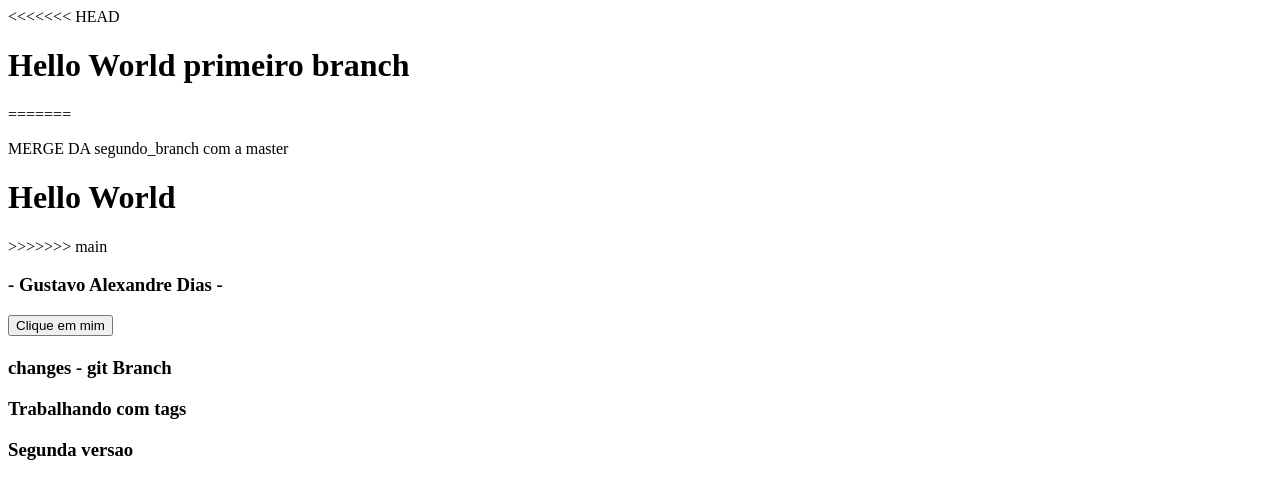
Repository: gustavo-eng/curso_git_1
Page: teste.html
These files come from the project's save history. The page is drawn as it stood at one moment and after the next save; the edit follows.
The browser window is 1280 px wide. The pictures show the whole page.

Above is the page before, as saved 2023-01-13 13:10:07.

### teste.html
<!DOCTYPE html>
<html lang="en">
<head>
    <meta charset="UTF-8">
    <meta http-equiv="X-UA-Compatible" content="IE=edge">
    <meta name="viewport" content="width=>, initial-scale=1.0">
    <script src="./teste2.js"></script>
    <title>Document</title>
</head>
<body>
<<<<<<< HEAD

    <h1>Hello World primeiro branch  </h1>
=======
    <p> MERGE DA segundo_branch com a master </p>
    <h1>Hello World </h1>
>>>>>>> main
    <h3 > - Gustavo Alexandre Dias - </h3>
    <button class="btn"> Clique em mim  </button>
    <h4 class="nome"> </h4>
    <h3>changes -  git Branch </h3>
    <h3> Trabalhando com tags </h3>
    <h3> Segunda versao  </h3>
</body>
</html>

### teste2.js
const h = document.querySelector('.nome')
const botao = document.querySelector('.btn')

if (botao){
    botao.addEventListener('click', (event) => {
        event.preventDefault();
        h.innerHTML  = 'Ola Gustavo'
    })

}



const soma = (a = 1, b = 1) => {
    return a + b
}

/* status.innerHTML = 'Status:Login Válido,sistema de busca logo embaixo. O formulário será apagado em alguns segundos';3*/

After the next save:
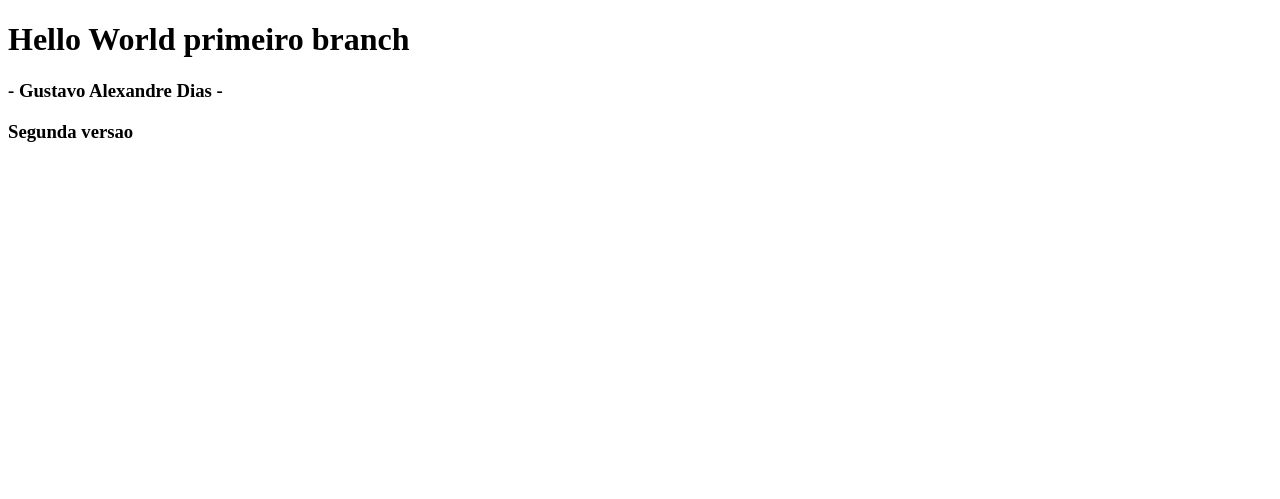
Saved 78 min 42 s later.
--- a/teste.html
+++ b/teste.html
@@ -8,18 +8,8 @@
     <title>Document</title>
 </head>
 <body>
-<<<<<<< HEAD
-
     <h1>Hello World primeiro branch  </h1>
-=======
-    <p> MERGE DA segundo_branch com a master </p>
-    <h1>Hello World </h1>
->>>>>>> main
     <h3 > - Gustavo Alexandre Dias - </h3>
-    <button class="btn"> Clique em mim  </button>
-    <h4 class="nome"> </h4>
-    <h3>changes -  git Branch </h3>
-    <h3> Trabalhando com tags </h3>
     <h3> Segunda versao  </h3>
 </body>
 </html>
